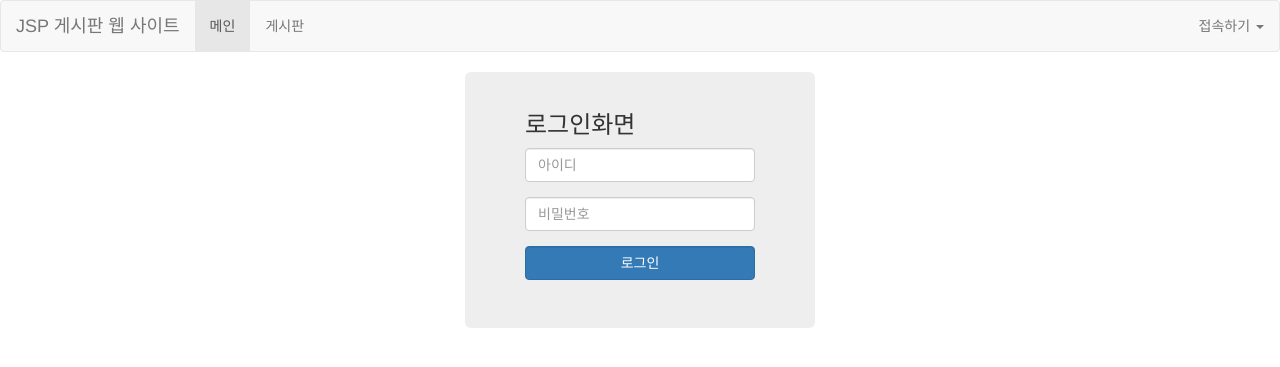
Repository: TheChok/BbsClone
Page: http://localhost/BBS/bbs.jsp
The author's editor kept a copy of each file at every save. The page is drawn from the files as they stood at one save, then again after the next save.
The browser window is 1280 px wide. The pictures show the whole page.
Some web libraries are served in a nearby version. The page is served by Tomcat 9. Other server files are loaded and not shown.

Above is the page before, as saved 2023-09-21 09:02:37.

### BBS/src/main/webapp/bbs.jsp
<%@ page language="java" contentType="text/html; charset=UTF-8" pageEncoding="UTF-8" %>
<%@ page import="java.io.PrintWriter" %>
<!DOCTYPE html>
<html>
<head>
	<meta http-equiv="Content-Type" content="text/html; charset=UTF-8">
	<meta name="viewport" content="width=device-width", initial-scale="1">
	<link rel="stylesheet" href="css/bootstrap.css">
	<title>JSP 게시판 웹 사이트</title>
</head>
<body>
	<%
		String userID = null;
		if(session.getAttribute("userID") != null) {
			userID = (String) session.getAttribute("userID");
		}
	%>
	<!-- navbar -->
	<nav class="navbar navbar-default">
		<div class="navbar-header">
			<button type="button" class="navbar-toggle"
				data-toggle="collapse" data-target="#bs-example-navbar-collapse-1"
				aria-expanded="false">
				<span class="icon-bar"></span>
				<span class="icon-bar"></span>
				<span class="icon-bar"></span>
			</button>
			<a class="navbar-brand" href="main.jsp">JSP 게시판 웹 사이트</a>
		</div>

		<div class="collapse navbar-collapse" id="bs-example-navbar-collapse-1">
			<ul class="nav navbar-nav">
				<li class='active'><a href="main.jsp">메인</a></li>
				<li><a href="bbs.jsp">게시판</a></li>
			</ul>

			<%
				if(userID == null) {
			%>
				<ul class="nav navbar-nav navbar-right">
					<li class="dropdown">
						<a href="#" class="dropdown-toggle"
							data-toggle="dropdown" role="button" aria-haspopup="true"
							aria-expanded="false">
							접속하기
							<span class="caret"></span>
						</a>
						<ul class="dropdown-menu">
							<li><a href="login.jsp">로그인</a></li>
							<li><a href="join.jsp">회원가입</a></li>
						</ul>
					</li>
				</ul>
			<%
				} else {
			%>
				<ul class="nav navbar-nav navbar-right">
					<li class="dropdown">
						<a href="#" class="dropdown-toggle"
							data-toggle="dropdown" role="button" aria-haspopup="true"
							aria-expanded="false">
							회원관리
							<span class="caret"></span>
						</a>
						<ul class="dropdown-menu">
							<li><a href="logoutAction.jsp">로그아웃</a></li>
						</ul>
					</li>
				</ul>
			<%
				}
			%>

		</div>
	</nav>
	<!-- End - navbar -->

	<!-- container -->
	<div class="container">
		<div class="col-lg-4"></div>
		<div class="col-lg-4">
			<div class="jumbotron" style="padding-top:20px;">
				<form method="post" action="loginAction.jsp">
					<h3 style="text-aligh:center;">로그인화면</h3>
					<div class="form-group">
						<input type="text" class="form-control" placeholder="아이디" name="userID" maxlength="20" />
					</div>
					<div class="form-group">
						<input type="password" class="form-control" placeholder="비밀번호" name="userPassword" maxlength="20" />
					</div>
					<input type="submit" class="btn btn-primary form-control" value="로그인" />
				</form>
			</div>
		</div>
	</div>



	<script src="https://code.jquery.com/jquery-3.1.1.min.js"></script>
	<script src="js/bootstrap.js"></script>
</body>
</html>

Loaded but not shown: BBS/src/main/webapp/css/bootstrap.css (library); BBS/src/main/webapp/js/bootstrap.js (library)

After the next save:
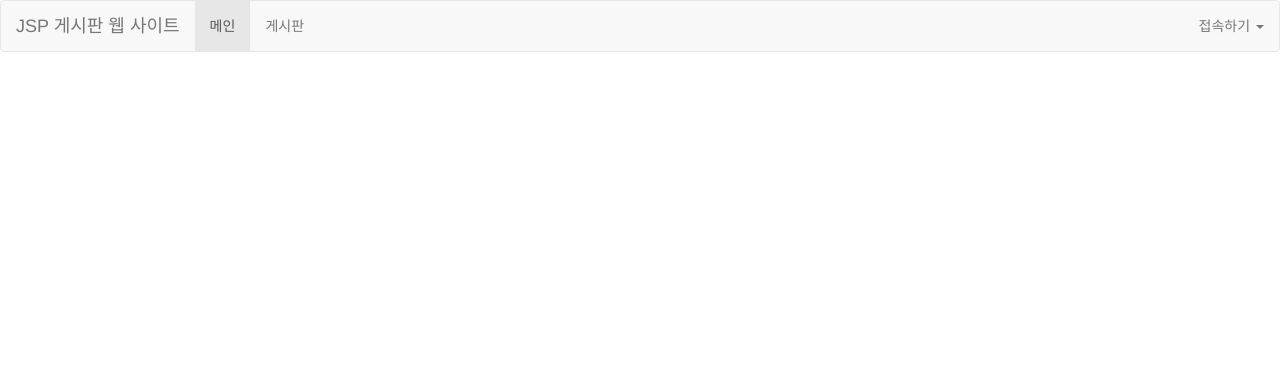
Saved 51 s later.
--- a/BBS/src/main/webapp/bbs.jsp
+++ b/BBS/src/main/webapp/bbs.jsp
@@ -75,26 +75,6 @@
 	</nav>
 	<!-- End - navbar -->
 
-	<!-- container -->
-	<div class="container">
-		<div class="col-lg-4"></div>
-		<div class="col-lg-4">
-			<div class="jumbotron" style="padding-top:20px;">
-				<form method="post" action="loginAction.jsp">
-					<h3 style="text-aligh:center;">로그인화면</h3>
-					<div class="form-group">
-						<input type="text" class="form-control" placeholder="아이디" name="userID" maxlength="20" />
-					</div>
-					<div class="form-group">
-						<input type="password" class="form-control" placeholder="비밀번호" name="userPassword" maxlength="20" />
-					</div>
-					<input type="submit" class="btn btn-primary form-control" value="로그인" />
-				</form>
-			</div>
-		</div>
-	</div>
-
-
 
 	<script src="https://code.jquery.com/jquery-3.1.1.min.js"></script>
 	<script src="js/bootstrap.js"></script>
